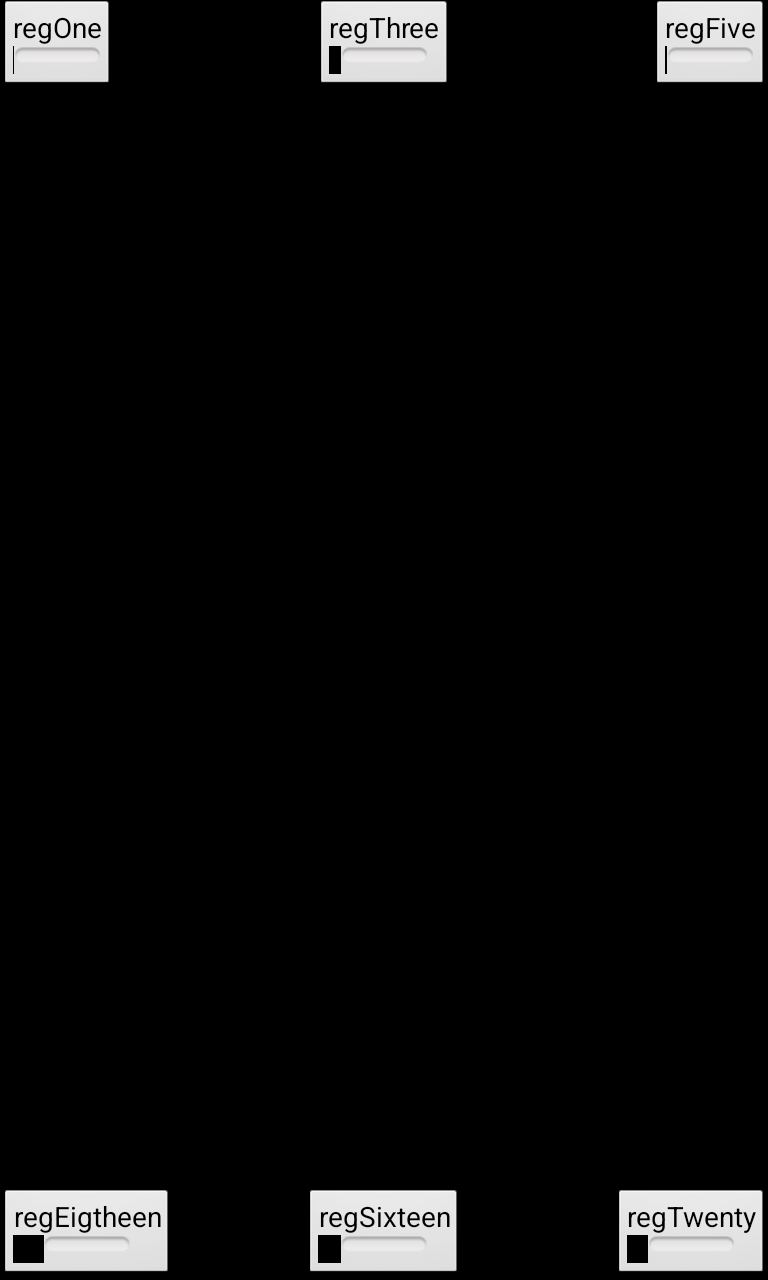
Repository: moki80/OpenComm
Layout: SoundSpatialization/workspace/OpenCommKakapo/res/layout/demomulti.xml
These files come from the project's save history. The layout is drawn as it stood at one moment and after the next save; the edit follows.
It is drawn on a 768 x 1280 px phone screen (xhdpi) without system bars, with theme android:Theme; the app's code is not run.

Above is the layout before, as saved 2010-11-02 23:51:46.

After the next save:
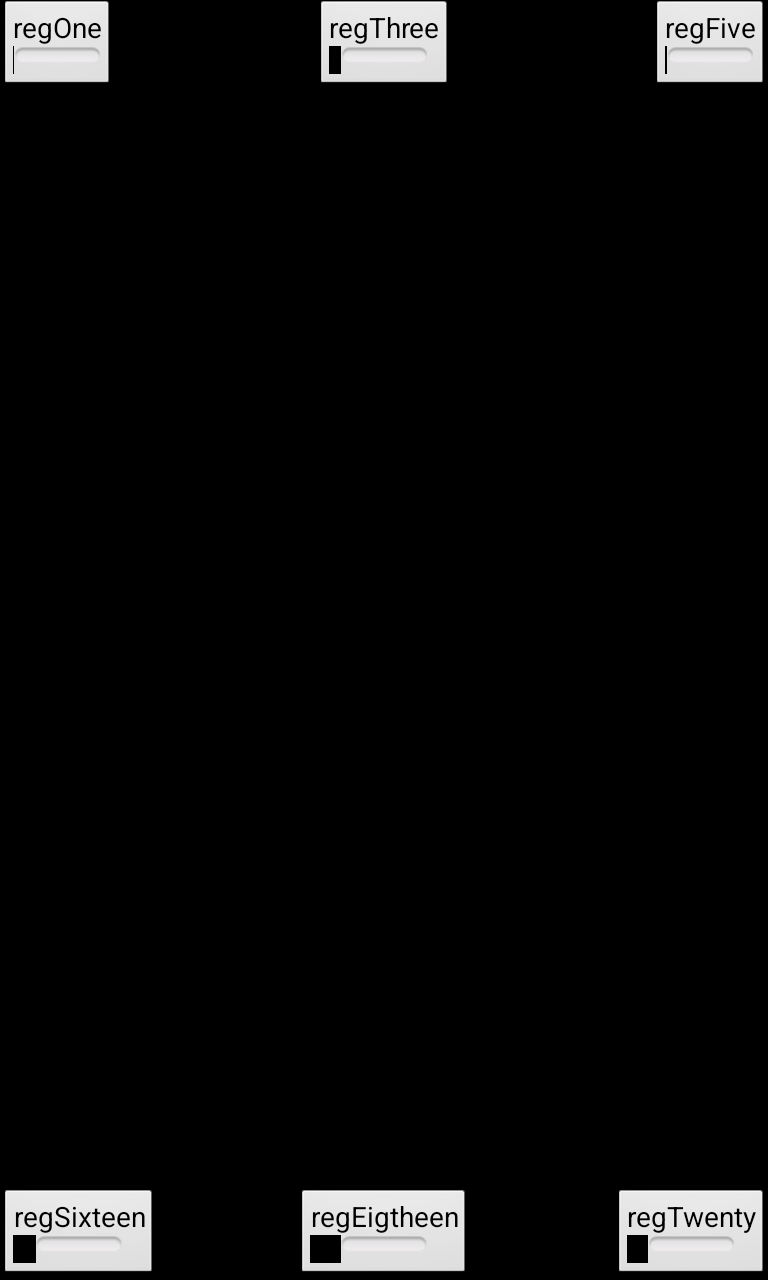
Saved 22 s later.
--- a/SoundSpatialization/workspace/OpenCommKakapo/res/layout/demomulti.xml
+++ b/SoundSpatialization/workspace/OpenCommKakapo/res/layout/demomulti.xml
@@ -35,8 +35,8 @@
 			android:id="@+id/sixteen"
 		    android:layout_width="wrap_content"
 		    android:layout_height="wrap_content"
-		    android:layout_centerHorizontal="true"
 		    android:layout_alignParentBottom="true"
+		    android:layout_alignParentLeft="true"
 		    android:textOn="regSixteen"
 			android:textOff="regSixteen"
 	    />
@@ -45,7 +45,7 @@
 		    android:layout_width="wrap_content"
 		    android:layout_height="wrap_content"
 		    android:layout_alignParentBottom="true"
-		    android:layout_alignParentLeft="true"
+		    android:layout_centerHorizontal="true"
 		    android:textOn="regEighteen"
 			android:textOff="regEigtheen"
 	    />
